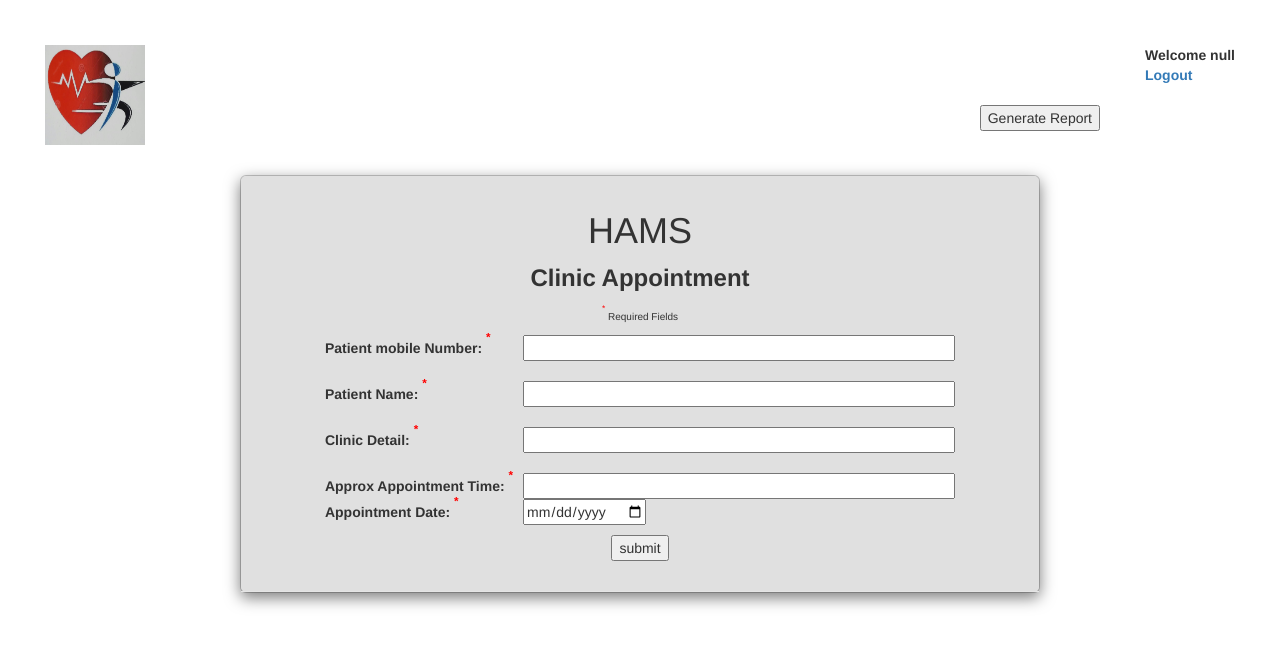
Repository: shiveshk/PullData
Page: http://localhost/Hams/edit.jsp
The author's editor kept a copy of each file at every save. The page is drawn from the files as they stood at one save, then again after the next save.
The browser window is 1280 px wide. The pictures show the whole page.
The page is served by Tomcat 9. Other server files are loaded and not shown.

Above is the page before, as saved 2015-11-30 14:06:44.
Console error (its wording comes from the project's code and is left out).

### Hams/WebContent/edit.jsp
<?xml version="1.0" encoding="ISO-8859-1" ?>

<%@ page language="java" contentType="text/html; charset=ISO-8859-1" pageEncoding="ISO-8859-1"%>
<!DOCTYPE html>
<html xmlns="http://www.w3.org/1999/xhtml">
<head>
  <link rel="stylesheet" href="http://maxcdn.bootstrapcdn.com/bootstrap/3.3.5/css/bootstrap.min.css">
  <script src="http://maxcdn.bootstrapcdn.com/bootstrap/3.3.5/js/bootstrap.min.js"></script>
  <script src="validation.js"></script>

<link rel="stylesheet" type="text/css" href="hams.css">
<meta http-equiv="Content-Type" content="text/html; charset=ISO-8859-1" />
<title>hams</title>
 <style>
.rela {
    position: relative;
    left: 22px;

}

.relative {
    position: relative;
    left: 10px;
    border: 1px solid #73AD21;
}

#topcorner{
    position:absolute;
    margin: 0 0 100px 100px;
 }
</style>
</head>



<body bgcolor='#E6E6FA'>
<div style=" margin-top: 45px; margin-right:45px""><b>
      <span style="float:right">
      	<%
			String username = (String)request.getSession().getAttribute("name");
			out.println("Welcome "+username);
		%><br />
		<a href="LogoutServlet">Logout</a>
      </span>
</b></div>
<img src = "images/HAMSLogo.jpg" alt="hamslogo" id="img1" style=" margin-left: 45px; "/>

<div style="margin-top: 60px; margin-right:45px; float:right ">
	<form name="generate_report" action="" method="post" onsubmit="redirect(this);">
		<input type="submit" name="act" value="Generate Report" />
	</form>
</div>

<div class="container" >

<center>
<div id="login-overlay" class="modal-dialog" style="width:800px;">
     <div class="modal-content" >
          <div class="modal-header" >

<h1>HAMS</h1>
	<p><b><font size=5>Clinic Appointment</font></b></p>
	<p><font size=1><sup>*</sup> Required Fields</font></p>

<form name="myForm" action="AppointmentServlet" method="post" onsubmit="return validate()">
	<div class="form-group">
<table >

	<tr class="row1">
	 	 <td><b>Patient mobile Number: <sup>*</sup></b> </td>
	 	 <td><input type="text" id="patient_mobile_number" name="patient_mobile_number" value="${sessionScope.patient_mobile_number}" size=50 maxlength=20 /></td>
	</tr>

	<tr class="row2">
		<td><b>Patient Name: <sup>*</sup></b></td>
		<td><input type="text" id="patient_name" name="patient_name" value="${sessionScope.patient_name}" size=50 maxlength=5000 /> </td>
	</tr>

	<tr class="row3">
	 	<td><b>Clinic Detail: <sup>*</sup></b> </td>
	 	<td><input type="text" id="clinic_detail" name="clinic_detail" value="${sessionScope.clinic_detail}" size=50 maxlength=5000  /></td>
	 </tr>

	<tr class="row4">
		<td style="padding-right: 10px"><b>Approx Appointment Time: <sup>*</sup></b></td>
		<td><input type="text" id="time" name="time" value="${sessionScope.time}" size=50 maxlength=5000 /> </td>
	</tr>

	<tr class="row5">
	 	<td style="padding-right: 10px"><b>Appointment Date: <sup>*</sup></b> </td>
	 	<td><input type="date" name="appointment_date" required value="${sessionScope.appointment_date} "></td>
	 </tr>

</table>

<input type="submit" name="submit" value="submit" style="margin-top: 10px;  "/>
</div>
</form>
		</div>
	</div>
</div>
</center>
</div>




</body>

</html>

### Hams/WebContent/validation.js
function validate()
{
   var w=document.forms["myForm"]["patient_name"].value;
   var x=document.forms["myForm"]["clinic_detail"].value;
   //var y=document.forms["myForm"]["token_no"].value;
   var z=document.forms["myForm"]["time"].value;
   if (w.trim().length<=0) // check length of your name field
   {
      alert("Patient Name must be filled out");
      return false;
   }
   if (x.trim().length<=0) // check length of your name field
   {
      alert("clinic detail must be filled out");
      return false;
   }
   if (z.trim().length<=0) // check length of your name field
   {
      alert("Appointment time Name must be filled out");
      return false;
   }

   //contact number validation
   var mobile_no = document.forms["myForm"]["patient_mobile_number"].value;
   if (/^\d{10}$/.test(mobile_no)) {
       // value is ok, use it
   } else {
       alert("Invalid number; must be ten digits")
       number.focus()
       return false
   }

   //time validation
   var strval = document.forms["myForm"]["time"].value;

   var strval1;

   //minimum lenght is 6. example 1:2 AM
   if(strval.length < 6)
   {
    alert("Invalid time. Time format should be HH:MM AM/PM.");
    return false;
   }

   //Maximum length is 8. example 10:45 AM
   if(strval.lenght > 8)
   {
    alert("invalid time. Time format should be HH:MM AM/PM.");
    return false;
   }

   //Removing all space
   strval = trimAllSpace(strval);

   //Checking AM/PM
   if(strval.charAt(strval.length - 1) != "M" && strval.charAt(
       strval.length - 1) != "m")
   {
    alert("Invalid time. Time shoule be end with AM or PM.");
    return false;

   }
   else if(strval.charAt(strval.length - 2) != 'A' && strval.charAt(
       strval.length - 2) != 'a' && strval.charAt(
       strval.length - 2) != 'p' && strval.charAt(strval.length - 2) != 'P')
   {
    alert("Invalid time. Time shoule be end with AM or PM.");
    return false;

}
   }

### Hams/WebContent/hams.css
@CHARSET "ISO-8859-1";
<style>

 p {
  white-space: pre;
 }
sup {
    vertical-align: super;
    font-size: smaller;
    color : red;
}

#img1 {
	align: center;
	margin: auto;
	width: 100px;
	bottom: 100px;
    height: 100px;
}

#img2 {
	align: center;
	margin: auto;
	bottom: 100px;
    height: 300px;
    width: 1350px;
}
#img3 {
    float: right;
    margin: 0 0 100px 100px;
}


tr.row2 td {
    padding-top: 20px;
}

tr.row3 td {
    padding-top: 20px;
}

tr.row4 td {
    padding-top: 20px;
}


.modal-content {
    background-color: #E0E0E0 ;
}
</style>

After the next save:
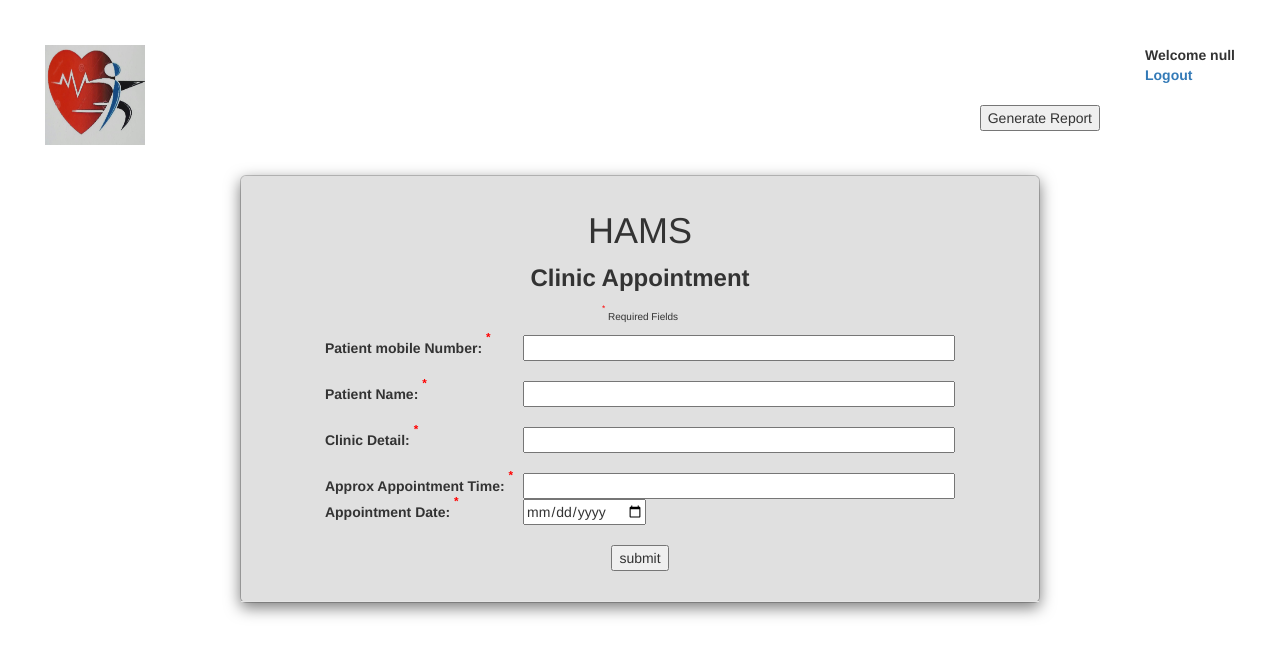
Saved 18 s later.
--- a/Hams/WebContent/edit.jsp
+++ b/Hams/WebContent/edit.jsp
@@ -93,7 +93,7 @@
 
 </table>
 
-<input type="submit" name="submit" value="submit" style="margin-top: 10px;  "/>
+<input type="submit" name="submit" value="submit" style="margin-top: 20px;  "/>
 </div>
 </form>
 		</div>
